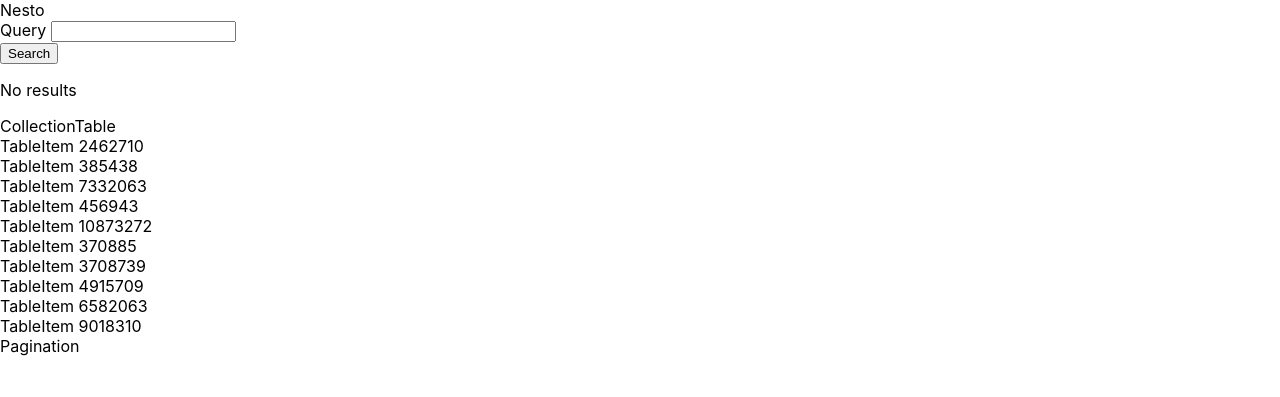
Repository: ivan-baljkas/pristupni_zadatak
Page: / (app in frontend/react-akademija-master/)
An editor plug-in stored every save of this project. The page is shown before and after the next save, followed by the edit.
The browser window is 1280 px wide. The pictures show the whole page.
The project was rebuilt for these pictures with package versions that can differ from the ones it lists, and the page was loaded fresh each time.

Above is the page before, as saved 2021-07-21 12:47:10.

After the next save:
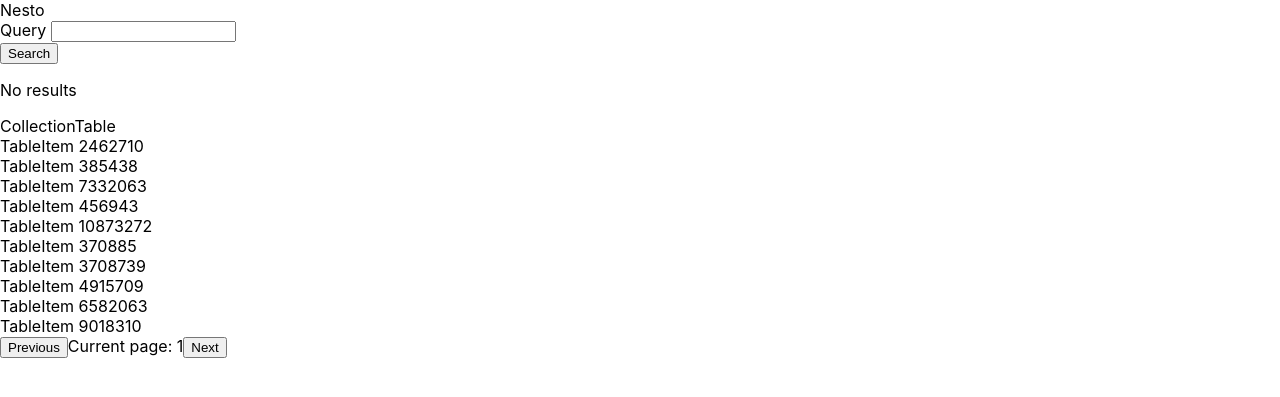
Saved 2 min 47 s later.
--- a/frontend/react-akademija-master/src/components/Pagination.jsx
+++ b/frontend/react-akademija-master/src/components/Pagination.jsx
@@ -4,7 +4,9 @@ export const Pagination = (props) =>{
 
     return(
         <div>
-            Pagination
+             <button type="button">Previous</button>
+             Current page: 1
+             <button type="button">Next</button>
         </div>
     );
 };
